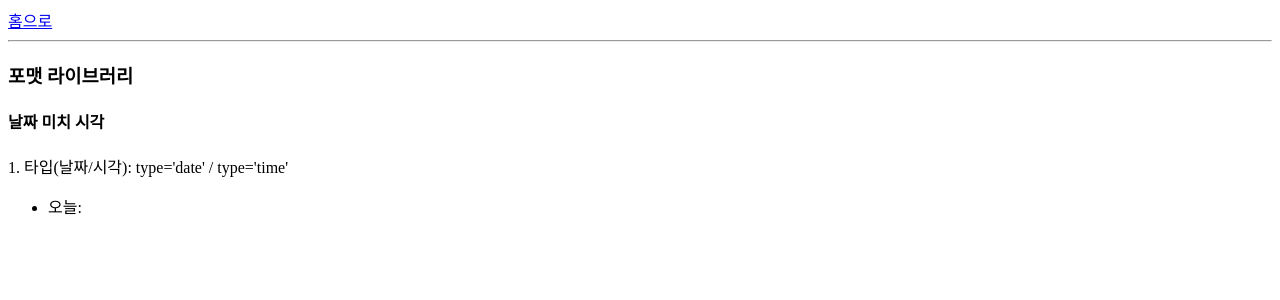
Repository: linklifejo/study_web
Page: http://localhost/servlet02/jstl/format.jsp
An editor plug-in stored every save of this project. The page is shown before and after the next save, followed by the edit.
The browser window is 1280 px wide. The pictures show the whole page.
The page is served by Tomcat 9.

Above is the page before, as saved 2023-02-08 02:26:23.

After the next save:
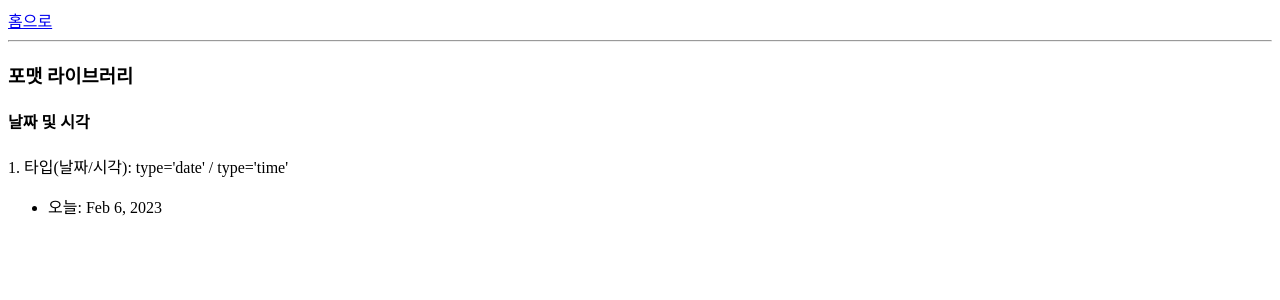
Saved 30 s later.
--- a/servlet02/src/main/webapp/jstl/format.jsp
+++ b/servlet02/src/main/webapp/jstl/format.jsp
@@ -12,11 +12,11 @@
 <a href='<c:url value="/"/>'>홈으로</a>
 <hr>
 <h3>포맷 라이브러리</h3>
-<h4>날짜 미치 시각</h4>
+<h4>날짜 및 시각</h4>
 <div>1. 타입(날짜/시각): type='date' / type='time'</div>
 <c:set var='today' value='<%=new java.util.Date() %>'/>
 <ul>
-	<li>오늘: </li>
+	<li>오늘: <fmt:formatDate value="${today}"/> </li>
 </ul>
 
 
